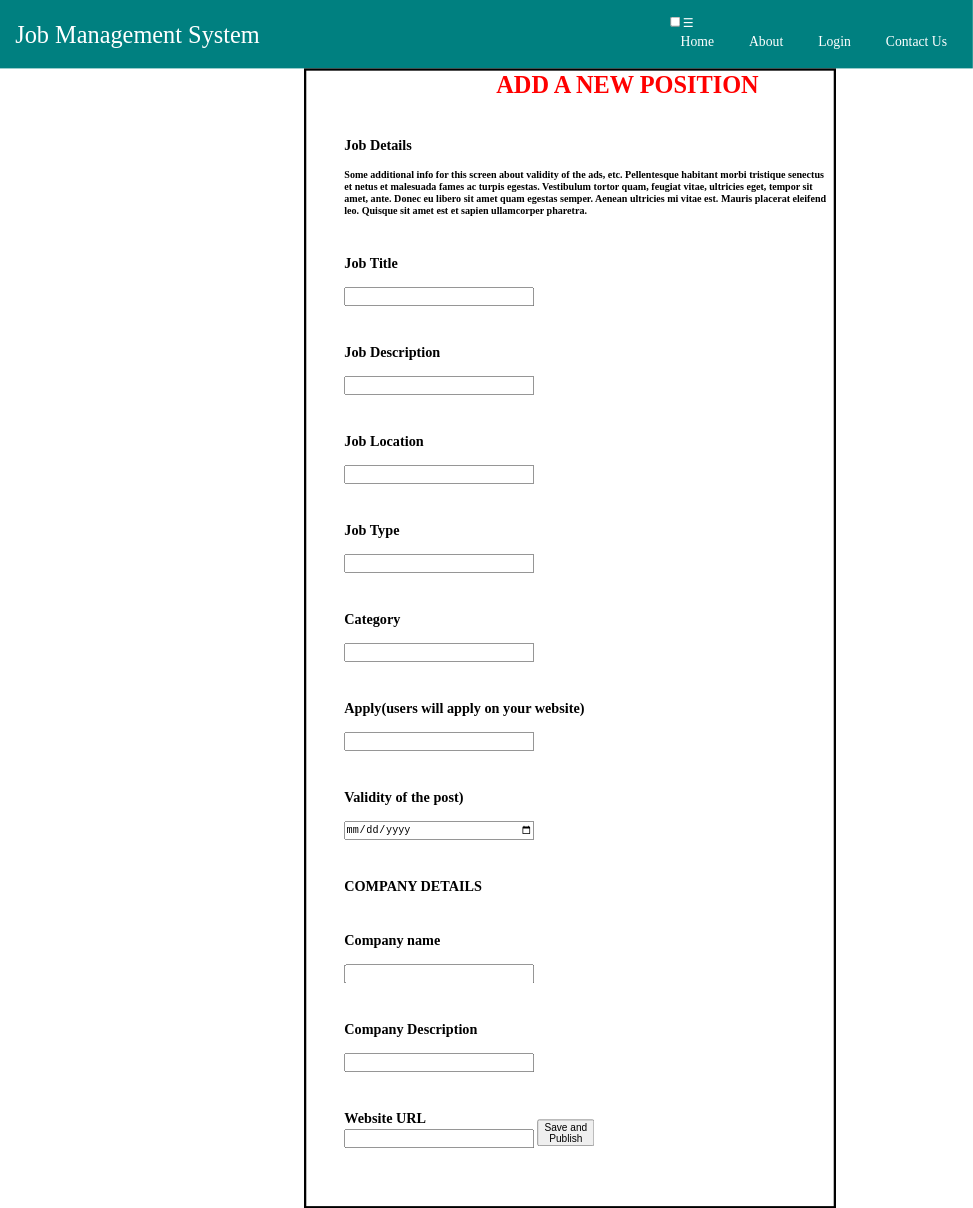
Repository: PrinceKumawat1109/JFSD
Page: http://localhost/Job-management/newposition.jsp
An editor plug-in stored every save of this project. The page is shown before and after the next save, followed by the edit.
The browser window is 1280 px wide. The pictures show the whole page, at 76% of full size.
The page is served by Tomcat 9. Other server files are loaded and not shown.

Above is the page before, as saved 2022-10-29 21:42:28.

### Job-management/src/main/webapp/newposition.jsp
<%@ page language="java" contentType="text/html; charset=UTF-8"
    pageEncoding="UTF-8"%>
<!DOCTYPE html>
<html>
<head>
<meta charset="UTF-8">
<title>New Position</title>
<jsp:include page="navbar2.jsp" />
<style>
.card{
height: 1500px;
width: 700px;
border-style: solid;
margin-left: 400px;
}

</style>
</head>
<body>
<div class="card">
<h1 style=" color: red; margin-left: 250px;">ADD A NEW POSITION</h1>
	<h3 style="margin-left: 50px; margin-top: 50px;">Job Details</h3>
	<h5 style="margin-left: 50px; margin-top: 20px;">Some additional info for this screen about validity of the ads, etc. Pellentesque habitant morbi tristique senectus et netus et malesuada fames ac turpis egestas. Vestibulum tortor quam, feugiat vitae, ultricies eget, tempor sit amet, ante. Donec eu libero sit amet quam egestas semper. Aenean ultricies mi vitae est. Mauris placerat eleifend leo. Quisque sit amet est et sapien ullamcorper pharetra.</h5>
	<h3 style="margin-left: 50px; margin-top: 50px;">Job Title</h3>
	<input style="margin-left: 50px; margin-top: 20px; height: 25px; width: 250px;" type="text" id="t1"/>


	<h3 style="margin-left: 50px; margin-top: 50px;">Job Description</h3>
	<input style="margin-left: 50px; margin-top: 20px; height: 25px; width: 250px;" type="text" id="t2"/>


	<h3 style="margin-left: 50px; margin-top: 50px;">Job Location</h3>
	<input style="margin-left: 50px; margin-top: 20px; height: 25px; width: 250px;" type="text" id="t3"/>
	<h3 style="margin-left: 50px; margin-top: 50px;">Job Type</h3>
	<input style="margin-left: 50px; margin-top: 20px; height: 25px; width: 250px;" type="text" id="t4"/>
	<h3 style="margin-left: 50px; margin-top: 50px;">Category</h3>
	<input style="margin-left: 50px; margin-top: 20px; height: 25px; width: 250px;" type="text" id="t5"/>
	<h3 style="margin-left: 50px; margin-top: 50px;">Apply(users will apply on your website)</h3>
	<input style="margin-left: 50px; margin-top: 20px; height: 25px; width: 250px;" type="text" id="t6"/>
	<h3 style="margin-left: 50px; margin-top: 50px;">Validity of the post)</h3>
	<input style="margin-left: 50px; margin-top: 20px; height: 25px; width: 250px;" type="date" id="t7"/>
	<h3 style="margin-left: 50px; margin-top: 50px;">COMPANY DETAILS</h3>
	<h3 style="margin-left: 50px; margin-top: 50px;">Company name</h3>
	<input style="margin-left: 50px; margin-top: 20px; height: 25px; width: 250px;" type="text" id="t8"/>
	<h3 style="margin-left: 50px; margin-top: 50px;">Company Description</h3>
	<input style="margin-left: 50px; margin-top: 20px; height: 25px; width: 250px;" type="text" id="t9"/>
	<h3 style="margin-left: 50px; margin-top: 50px;">Website URL</h3>
	<input style="margin-left: 50px; margin-top: -50px; height: 25px; width: 250px;" type="text" id="t10"/>
	<button style="height: 35px; width: 75px; margin-top: -10px;" onclick="save1()">Save and Publish</button>
	</div>
	<!--<h2>ADD A NEW POSTION</h2>
	<h4>Job Details</h4>
	<p>Some additional info for this screen about validity of the ads, etc. Pellentesque habitant morbi tristique senectus et netus et malesuada fames ac turpis egestas. Vestibulum tortor quam, feugiat vitae, ultricies eget, tempor sit amet, ante. Donec eu libero sit amet quam egestas semper. Aenean ultricies mi vitae est. Mauris placerat eleifend leo. Quisque sit amet est et sapien ullamcorper pharetra.</p>
	<h5>Job Title</h5>
	<input type="text" id="t1"/>
	<h5>Job Description</h5>
	<input type="text" id="t2"/>
	<h5>Job Location</h5>
	<input type="text" id="t3"/>
	<h5>Job Type</h5>
	<input type="text" id="t4"/>
	<h5>Category</h5>
	<input type="text" id="t5"/>
	<h5>Apply(users will apply on your website)</h5>
	<input type="text" id="t6"/>
	<h5>Validity of the post</h5>
	<input type="date" id="t7"/>
	<h5>COMPANY DETAILS</h5>
	<h6>Company name</h6>
	<input type="text" id="t8"/>
	<h6>Company Description</h6>
	<input type="text" id="t9"/>
	<h6>Website</h6>
	<input type="text" id="t10"/>
	<input type="checkbox" id="t11">
	<p> I agree with the Terms and conditions.</p>-->
	<script type="text/javascript">
function save1()
{
	var xhtml = new XMLHttpRequest();
	var url = "http://localhost:8080/api/new/register/";
	xhtml.open("POST", url, true);
	xhtml.setRequestHeader('Content-Type','application/json');

	var t1 = document.getElementById("t1");
	var t2 = document.getElementById("t2");
	var t3 = document.getElementById("t3");
	var t4 = document.getElementById("t4");
	var t5 = document.getElementById("t5");
	var t6 = document.getElementById("t6");
	var t7 = document.getElementById("t7");
	var t8 = document.getElementById("t8");
	var t9 = document.getElementById("t9");
	var t10 = document.getElementById("t10");

	xhtml.send(JSON.stringify({
		jobtitle : t1.value,
		jobdes : t2.value,
		loc : t3.value,
		type : t4.value,
		category : t5.value,
		url : t6.value,
		date : t7.value,
		comname : t8.value,
		comdes : t9.value,
		website : t10.value
	}));

	xhtml.onreadystatechange = function()
	{
		if(this.readyState == 4 && this.status == 200)
			lbl.innerText = this.responseText;
			window.location="http://localhost:8080/dashboard.jsp";
	};
}
</script>
</body>
</html>

### Job-management/src/main/webapp/navbar2.jsp
<!DOCTYPE html>
<html lang="en">
 <head>
   <meta charset="UTF-8" />
   <meta http-equiv="X-UA-Compatible" content="IE=edge" />
   <meta name="viewport" content="width=device-width, initial-scale=1.0" />
   <style>

    /* UTILITIES */
* {
 margin: 0;
 padding: 0;
 box-sizing: border-box;
}
body {
 font-family: cursive;
}
a {
 text-decoration: none;
}
li {
 list-style: none;
}

/* NAVBAR STYLING STARTS */
.navbar {
 display: flex;
 align-items: center;
 justify-content: space-between;
 padding: 20px;
 background-color: teal;
 color: #fff;
}
.nav-links a {
 color: #fff;
}
/* LOGO */
.logo {
 font-size: 32px;
}
/* NAVBAR MENU */
.menu {
 display: flex;
 gap: 1em;
 font-size: 18px;
}
.menu li:hover {
 background-color: #4c9e9e;
 border-radius: 5px;
 transition: 0.3s ease;
}
.menu li {
 padding: 5px 14px;
}
/* DROPDOWN MENU */
.services {
 position: relative;
}
.dropdown {
 background-color: rgb(1, 139, 139);
 padding: 1em 0;
 position: absolute; /*WITH RESPECT TO PARENT*/
 display: none;
 border-radius: 8px;
 top: 35px;
}
.dropdown li + li {
 margin-top: 10px;
}
.dropdown li {
 padding: 0.5em 1em;
 width: 8em;
 text-align: center;
}
.dropdown li:hover {
 background-color: #4c9e9e;
}
.services:hover .dropdown {
 display: block;
}
   </style>
   <title>Document</title>
 </head>
 <body>
   <nav class="navbar">
     <!-- LOGO -->
     <div class="logo">Job Management System</div>
     <!-- NAVIGATION MENU -->
     <ul class="nav-links">
       <!-- USING CHECKBOX HACK -->
       <input type="checkbox" id="checkbox_toggle" />
       <label for="checkbox_toggle" class="hamburger">&#9776;</label>
       <!-- NAVIGATION MENUS -->
       <div class="menu">
         <li><a href="/">Home</a></li>
         <li><a href="/">About</a></li>
         <li class="services">
           <a href="/">Login</a>
           <!-- DROPDOWN MENU -->
           <ul class="dropdown">
             <li><a href="dashboard.jsp">DASHBOARD </a></li>
             <li><a href="applicants.jsp">APPLICANTS</a></li>
             <li><a href="newposition.jsp">POST A NEW JOB</a></li>
             <li><a href="https://rzp.io/i/k9xa2LhReQ">PAYMENT</a></li>
             <li><a href="index.jsp">LOGOUT</a></li>
           </ul>
         </li>
         <li><a href="/">Contact Us</a></li>
       </div>
     </ul>
   </nav>
 </body>
</html>

After the next save:
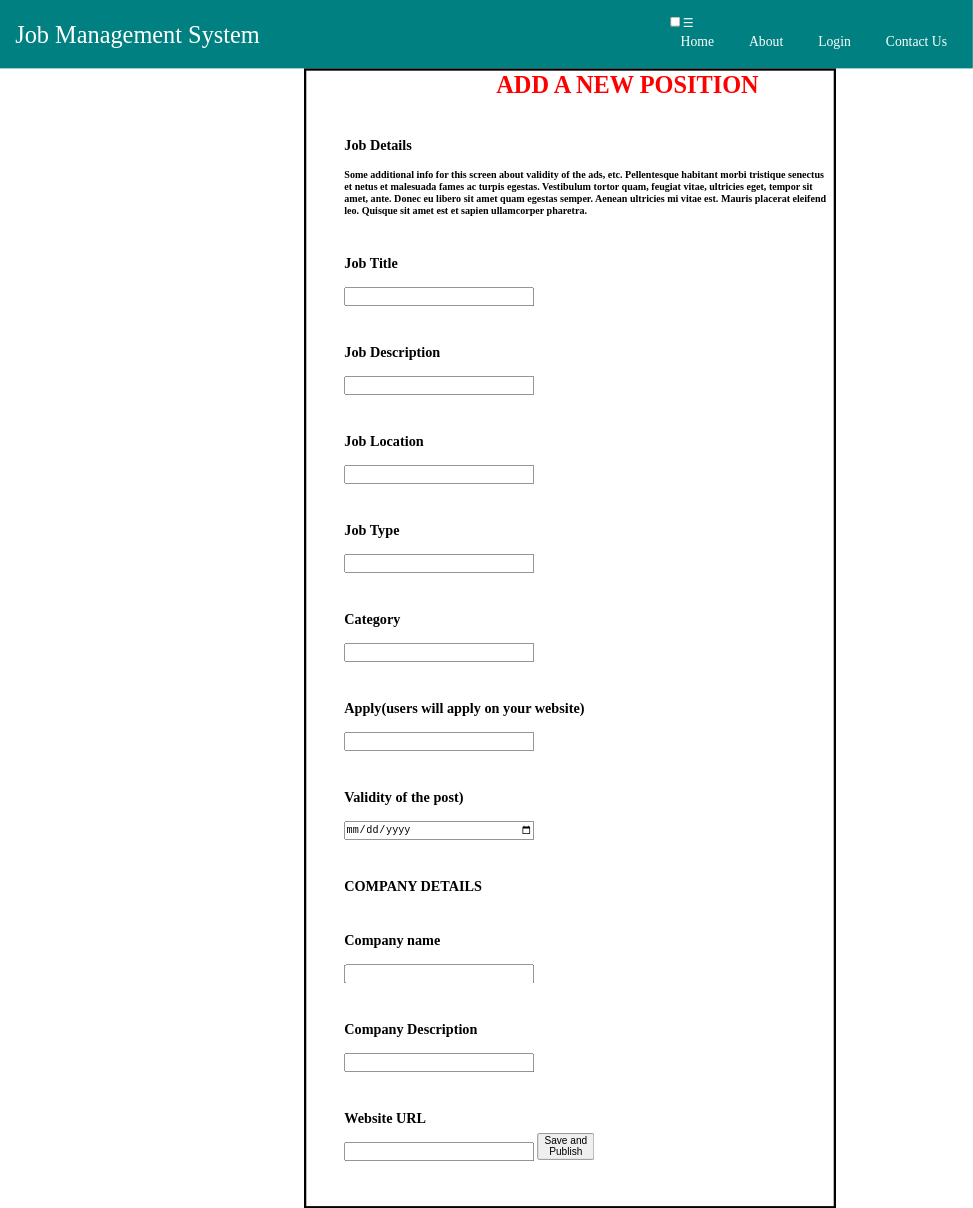
Saved 9 s later.
--- a/Job-management/src/main/webapp/newposition.jsp
+++ b/Job-management/src/main/webapp/newposition.jsp
@@ -45,7 +45,7 @@ margin-left: 400px;
 	<h3 style="margin-left: 50px; margin-top: 50px;">Company Description</h3>
 	<input style="margin-left: 50px; margin-top: 20px; height: 25px; width: 250px;" type="text" id="t9"/>
 	<h3 style="margin-left: 50px; margin-top: 50px;">Website URL</h3>
-	<input style="margin-left: 50px; margin-top: -50px; height: 25px; width: 250px;" type="text" id="t10"/>
+	<input style="margin-left: 50px; margin-top: 20px; height: 25px; width: 250px;" type="text" id="t10"/>
 	<button style="height: 35px; width: 75px; margin-top: -10px;" onclick="save1()">Save and Publish</button>
 	</div>
 	<!--<h2>ADD A NEW POSTION</h2>
